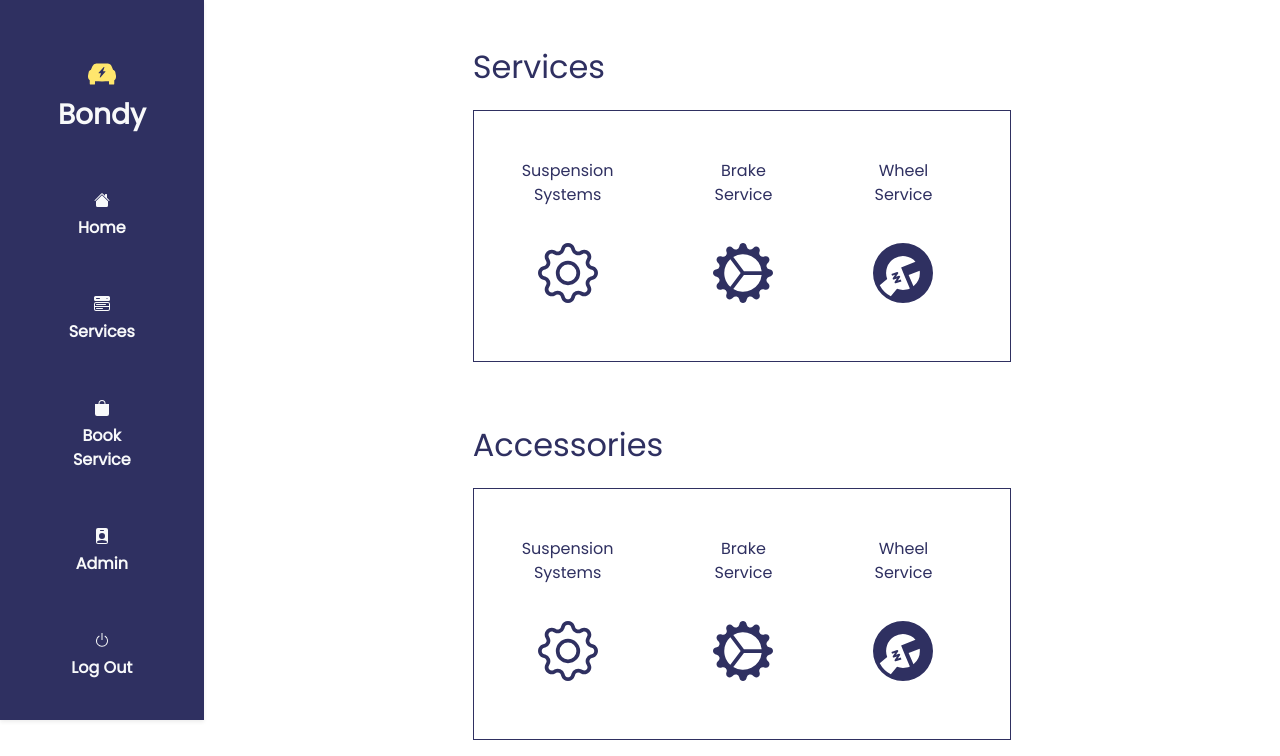
Repository: duzzisantos/bondy
Page: /
The author's editor kept a copy of each file at every save. The page is drawn from the files as they stood at one save, then again after the next save.
The browser window is 1280 px wide. The pictures show the whole page.
Some web libraries are served in a nearby version. The project was rebuilt for these pictures with package versions that can differ from the ones it lists, and the page was loaded fresh each time.

Above is the page before, as saved 2023-06-18 01:35:26.

### public/index.html
<!DOCTYPE html>
<html lang="en">
  <head>
    <meta charset="utf-8" />
    <link rel="icon" href="%PUBLIC_URL%/favicon.ico" />
    <meta name="viewport" content="width=device-width, initial-scale=1" />
    <meta name="theme-color" content="#000000" />
    <meta
      name="description"
      content="Web site created using create-react-app"
    />
    <link rel="apple-touch-icon" href="%PUBLIC_URL%/logo192.png" />
    <!-- Option 1: Include in HTML -->
    <link
      rel="stylesheet"
      href="https://cdn.jsdelivr.net/npm/bootstrap-icons@1.3.0/font/bootstrap-icons.css"
    />
    <link rel="preconnect" href="https://fonts.googleapis.com" />
    <link rel="preconnect" href="https://fonts.gstatic.com" crossorigin />
    <!--
      manifest.json provides metadata used when your web app is installed on a
      user's mobile device or desktop. See https://developers.google.com/web/fundamentals/web-app-manifest/
    -->
    <link rel="manifest" href="%PUBLIC_URL%/manifest.json" />
    <!--
      Notice the use of %PUBLIC_URL% in the tags above.
      It will be replaced with the URL of the `public` folder during the build.
      Only files inside the `public` folder can be referenced from the HTML.

      Unlike "/favicon.ico" or "favicon.ico", "%PUBLIC_URL%/favicon.ico" will
      work correctly both with client-side routing and a non-root public URL.
      Learn how to configure a non-root public URL by running `npm run build`.
    -->
    <title>React App</title>
  </head>
  <body>
    <noscript>You need to enable JavaScript to run this app.</noscript>
    <div id="root"></div>
    <!--
      This HTML file is a template.
      If you open it directly in the browser, you will see an empty page.

      You can add webfonts, meta tags, or analytics to this file.
      The build step will place the bundled scripts into the <body> tag.

      To begin the development, run `npm start` or `yarn start`.
      To create a production bundle, use `npm run build` or `yarn build`.
    -->
  </body>
</html>

### src/index.js
import React from "react";
import ReactDOM from "react-dom/client";
import "./index.css";
import App from "./App";
import "bootstrap/dist/css/bootstrap.min.css";
import { BrowserRouter as Router } from "react-router-dom";

const root = ReactDOM.createRoot(document.getElementById("root"));
root.render(
  <React.StrictMode>
    <Router>
      <App />
    </Router>
  </React.StrictMode>
);

### src/App.js
import "./App.css";
import "bootstrap";
import SideBar from "./components/Navigation/SideBar";
import { Routes, Route } from "react-router-dom";
import LandingPage from "./views/LandingPage";
function App() {
  return (
    <div className="App d-flex flex-row flex-nowrap">
      <SideBar />
      <Routes>
        <Route path="/" element={<LandingPage />} />
        <Route path="/home" element={<LandingPage />} />
      </Routes>
    </div>
  );
}

export default App;

### src/App.css
@import url("https://fonts.googleapis.com/css2?family=Cabin&family=Montserrat:wght@200&family=Poppins&display=swap");

* {
  font-family: "Poppins", sans-serif;
}
.App {
  text-align: center;
}

.custom-color {
  color: #2f3061 !important;
}

.custom-bg-color {
  background-color: #2f3061;
}

.custom-border {
  border: 1px solid #2f3061;
}

### src/components/Navigation/SideBar.tsx
import React, { FunctionComponent } from "react";
import "react-bootstrap";
import "../../App.css";
import "./Navigation.scss";
import { Link } from "react-router-dom";
import {
  HouseFill,
  BagFill,
  PersonBadgeFill,
  Power,
  EvFrontFill,
  MenuButtonWideFill,
} from "react-bootstrap-icons";

const commonLinkClasses =
  "d-flex flex-column justify-content-center align-items-center p-1 gap-2 text-light text-decoration-none fw-bold";
const SideBar: FunctionComponent = () => {
  return (
    <div className="col-2 vh-100 custom-bg-color shadow-sm p-5 text-light d-flex flex-column vstack gap-5">
      <Link to={"/"} className={commonLinkClasses + " fs-3"}>
        <span>
          <EvFrontFill className="brand-icon-color" /> Bondy
        </span>
      </Link>
      <Link to={"/home"} className={commonLinkClasses}>
        <HouseFill />
        Home
      </Link>

      <Link to={"/services"} className={commonLinkClasses}>
        <MenuButtonWideFill />
        Services
      </Link>

      <Link to={"/book-service"} className={commonLinkClasses}>
        <BagFill />
        Book Service
      </Link>

      <Link to={"/admin"} className={commonLinkClasses}>
        <PersonBadgeFill />
        Admin
      </Link>

      <Link to={"/logout"} className={commonLinkClasses}>
        <Power />
        Log Out
      </Link>
    </div>
  );
};

export default SideBar;

### src/views/LandingPage.tsx
import React, { FunctionComponent } from "react";
import "../components/Home/LandingPage.scss";
import LandingPageScrollContainer from "src/components/Home/LandingPageScrollContainer";
import { servicesList } from "src/components/Home/landingPageContent";

const LandingPage: FunctionComponent = () => {
  const handleClick = () => {
    console.log("This was clicked");
  };
  return (
    <div className="col-lg-11 pt-5 vstack gap-5 d-flex flex-column align-items-center">
      <LandingPageScrollContainer
        content={servicesList}
        category="Services"
        handleClick={handleClick}
      />
      <LandingPageScrollContainer
        content={servicesList}
        category="Accessories"
        handleClick={handleClick}
      />
    </div>
  );
};

export default LandingPage;

### src/components/Navigation/Navigation.scss
.brand-icon-color {
  color: #ffe66d !important;
}

### src/components/Home/LandingPage.scss
.scroll-container-fixed {
  position: fixed !important;
}

.scroll-container-size {
  height: 330px !important;
}

.service-card {
  height: 270px !important;
}

.service-icon-font {
  font-size: 60px !important;
}

### src/components/Home/LandingPageScrollContainer.tsx
import React, { FunctionComponent } from "react";
import "../../App.css";
import { Link } from "react-router-dom";

interface ScrollContainerProps {
  content: any[];
  category: string;
  handleClick: any;
}
const LandingPageScrollContainer: FunctionComponent<ScrollContainerProps> = ({
  content,
  category,
  handleClick,
}) => {
  return (
    <section className=" col-6 scroll-container-size">
      <h2 className="text-start mb-4 custom-color">{category}</h2>
      <div className="overflow-x-scroll w-100 d-flex flex-row hstack gap-1 custom-border">
        {content.map((element, index) => (
          <Link
            to={`/services/${element.category}`}
            key={index}
            className={`text-decoration-none text-dark p-5 w-25shadow-sm d-flex flex-column vstack gap-3`}
            onClick={handleClick}
          >
            <span className="custom-color">{element.category}</span>
            <span className={`service-icon-font custom-color`}>
              {element.icon}
            </span>
          </Link>
        ))}
      </div>
    </section>
  );
};

export default LandingPageScrollContainer;

### src/components/Home/landingPageContent.tsx
import React from "react";
import {
  Gear,
  GearWideConnected,
  WrenchAdjustableCircleFill,
  Fan,
  DropletHalf,
  CarFrontFill,
} from "react-bootstrap-icons";
export const servicesList = [
  {
    id: 1,
    category: "Suspension Systems",
    icon: <Gear />,
  },
  {
    id: 2,
    category: "Brake Service",
    icon: <GearWideConnected />,
  },
  {
    id: 3,
    category: "Wheel Service",
    icon: <WrenchAdjustableCircleFill />,
  },
  {
    id: 4,
    category: "Airconditioning & Heating",
    icon: <Fan />,
  },
  {
    id: 5,
    category: "Oil Change",
    icon: <DropletHalf />,
  },
  {
    id: 6,
    category: "Body Work",
    icon: <CarFrontFill />,
  },
];

Loaded but not shown: src/index.css (common file)

After the next save:
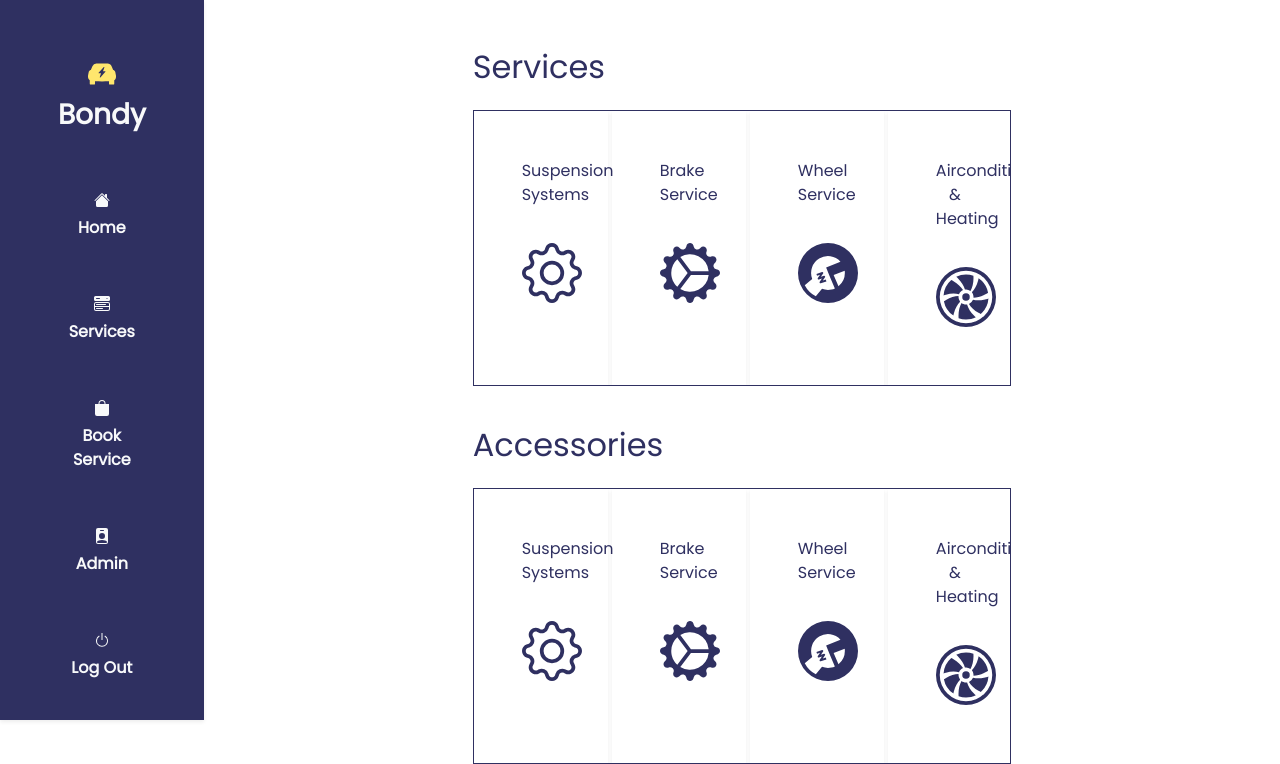
Saved 4 s later.
--- a/src/components/Home/LandingPageScrollContainer.tsx
+++ b/src/components/Home/LandingPageScrollContainer.tsx
@@ -20,7 +20,7 @@ const LandingPageScrollContainer: FunctionComponent<ScrollContainerProps> = ({
           <Link
             to={`/services/${element.category}`}
             key={index}
-            className={`text-decoration-none text-dark p-5 w-25shadow-sm d-flex flex-column vstack gap-3`}
+            className={`text-decoration-none text-dark p-5 w-25 shadow-sm d-flex flex-column vstack gap-3`}
             onClick={handleClick}
           >
             <span className="custom-color">{element.category}</span>
